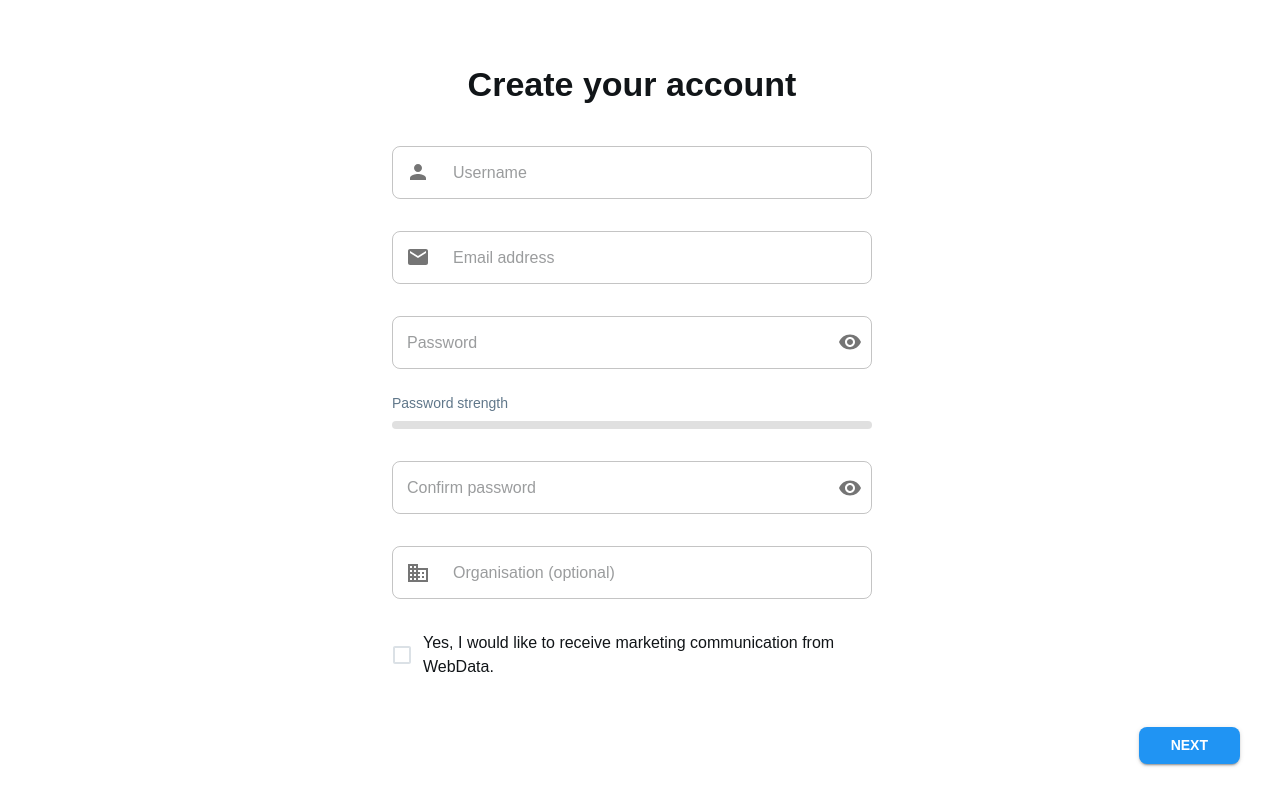
Repository: Pascal-Ahmadu/Tender-download-system
Page: /register (app in frontend/)
An editor plug-in stored every save of this project. The page is shown before and after the next save, followed by the edit.
The browser window is 1280 px wide. The pictures show the whole page.
The page's requests for data from a server got no answer. Some web fonts or font styles are not loaded; a fallback is used. The project was rebuilt for these pictures with package versions that can differ from the ones it lists, and the page was loaded fresh each time. No one was signed in, and anything a server would have sent is missing. Also part of the build but not shown: frontend/vite.config.js, frontend/src/components/pages/LoginPage.jsx.

Above is the page before, as saved 2024-07-31 07:30:42.

After the next save:
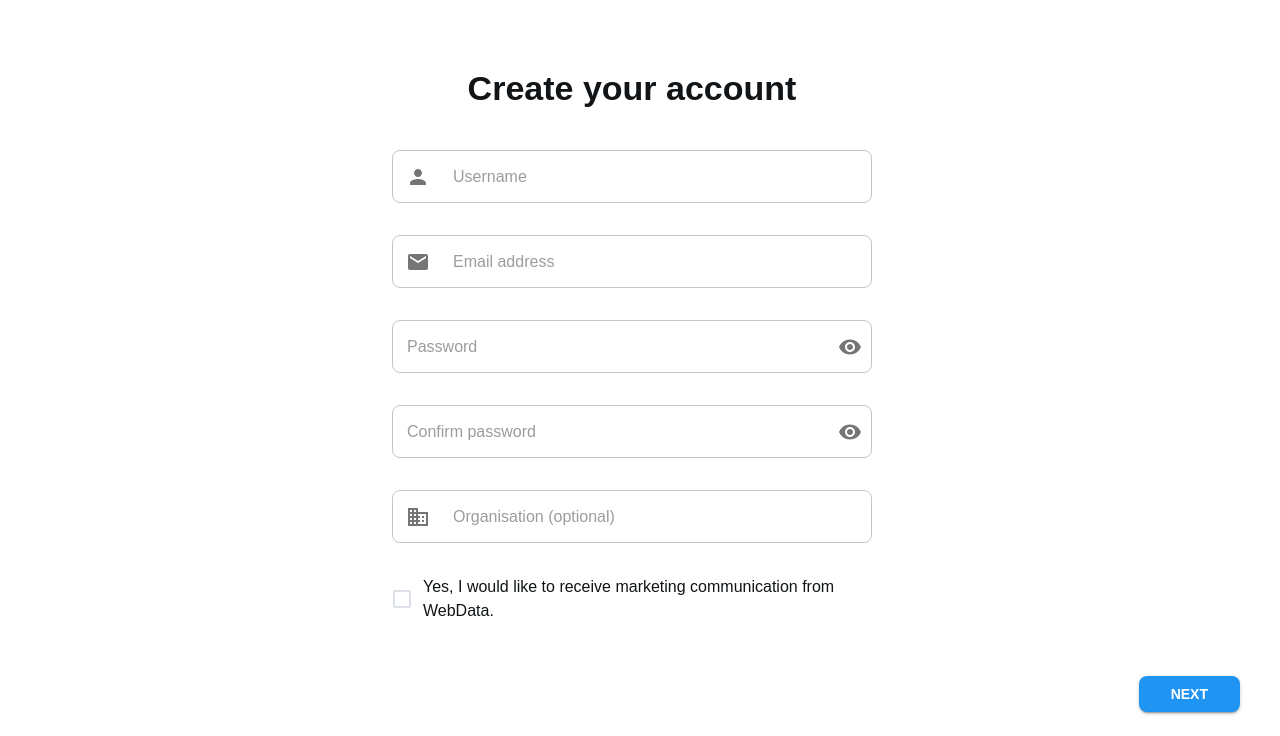
Saved 94 s later.
--- a/frontend/src/components/pages/RegistrationPage.jsx
+++ b/frontend/src/components/pages/RegistrationPage.jsx
@@ -21,6 +21,7 @@ import {
 function SignupForm() {
   const [showPassword, setShowPassword] = useState(false);
   const [passwordStrength, setPasswordStrength] = useState(0);
+  const [passwordFocused, setPasswordFocused] = useState(false);
 
   const handleClickShowPassword = () => setShowPassword(!showPassword);
 
@@ -28,7 +29,14 @@ function SignupForm() {
     setPasswordStrength(event.target.value.length * 10);
   };
 
-  // Determine the strength bar color based on the password strength
+  const handlePasswordFocus = () => {
+    setPasswordFocused(true);
+  };
+
+  const handlePasswordBlur = () => {
+    setPasswordFocused(false);
+  };
+
   const getStrengthColor = () => {
     if (passwordStrength <= 33) return "#f44336"; // Red for weak
     if (passwordStrength <= 66) return "#ff9800"; // Orange for medium
@@ -130,6 +138,8 @@ function SignupForm() {
             fullWidth
             type={showPassword ? "text" : "password"}
             onChange={handlePasswordChange}
+            onFocus={handlePasswordFocus}
+            onBlur={handlePasswordBlur}
             margin="normal"
             InputProps={{
               endAdornment: (
@@ -153,25 +163,26 @@ function SignupForm() {
               mb: 2,
             }}
           />
-          {/* Password Strength Bar */}
-          <Box sx={{ mb: 2 }}>
-            <Typography variant="body2" sx={{ color: "#60778a", py: 1 }}>
-              Password strength
-            </Typography>
-            <LinearProgress
-              variant="determinate"
-              value={passwordStrength}
-              sx={{
-                height: 8,
-                borderRadius: 2,
-                backgroundColor: "#e0e0e0",
-                "& .MuiLinearProgress-bar": {
+          {passwordFocused && (
+            <Box sx={{ mb: 2 }}>
+              <Typography variant="body2" sx={{ color: "#60778a", py: 1 }}>
+                Password strength
+              </Typography>
+              <LinearProgress
+                variant="determinate"
+                value={passwordStrength}
+                sx={{
+                  height: 8,
                   borderRadius: 2,
-                  backgroundColor: getStrengthColor(),
-                },
-              }}
-            />
-          </Box>
+                  backgroundColor: "#e0e0e0",
+                  "& .MuiLinearProgress-bar": {
+                    borderRadius: 2,
+                    backgroundColor: getStrengthColor(),
+                  },
+                }}
+              />
+            </Box>
+          )}
           <TextField
             placeholder="Confirm password"
             fullWidth
